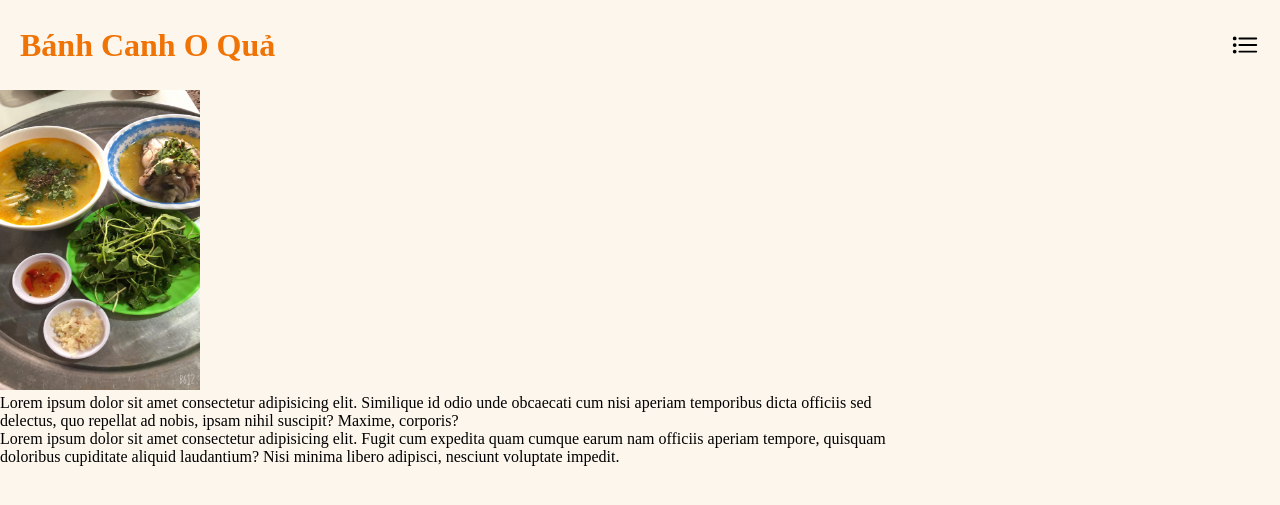
Repository: LeCongTuan2608/AmThuc
Page: public/index.html
The author's editor kept a copy of each file at every save. The page is drawn from the files as they stood at one save, then again after the next save.
The browser window is 1280 px wide. The pictures show the whole page.
The style sheet was rebuilt from its Sass, Less or Tailwind sources for each picture, by a compiler version that may differ from the author's.

Above is the page before, as saved 2022-04-15 10:16:49.

After the next save:
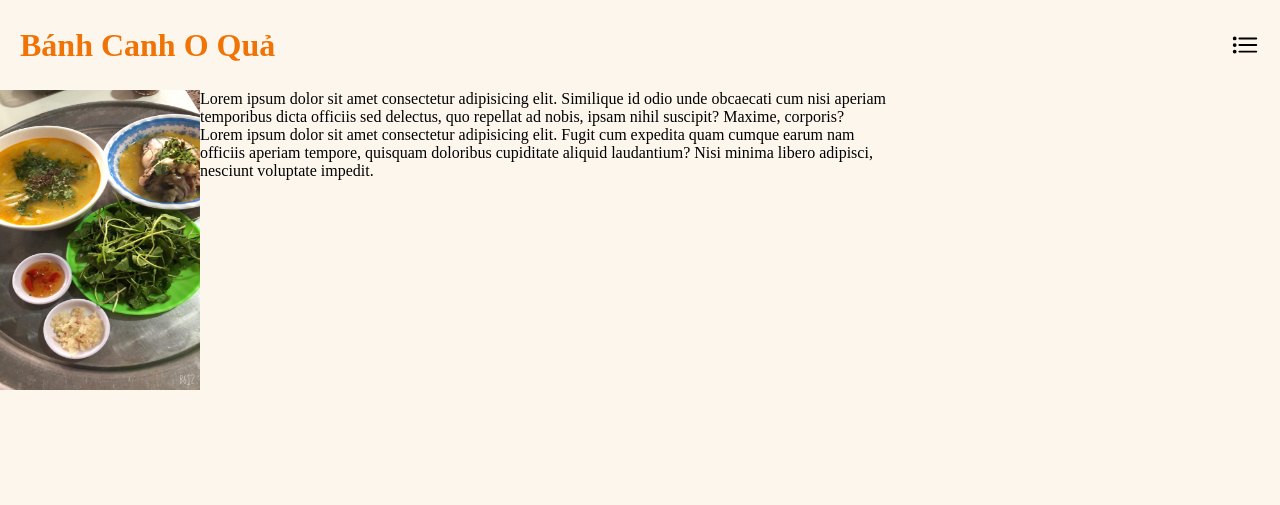
Saved 58 s later.
--- a/sass/index.scss
+++ b/sass/index.scss
@@ -35,7 +35,7 @@
 #container{
     width: 70%;
     display: flex;
-    flex-direction: column;
+    justify-content: center;
 }
 #top{
 }

After the 3 saves that followed:
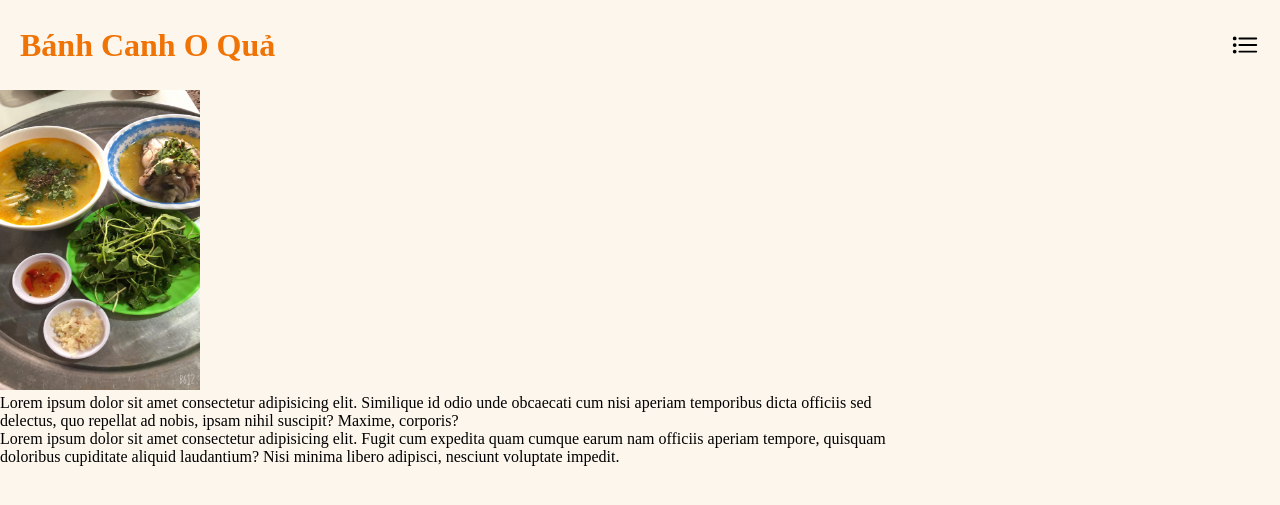
The 3 saves are shown as one change because 2 left the picture as it was.
The last was saved 2 min 52 s later.
--- a/sass/index.scss
+++ b/sass/index.scss
@@ -36,6 +36,9 @@
     width: 70%;
     display: flex;
     justify-content: center;
+    align-content: center;
+    flex-direction: column;
+
 }
 #top{
 }
